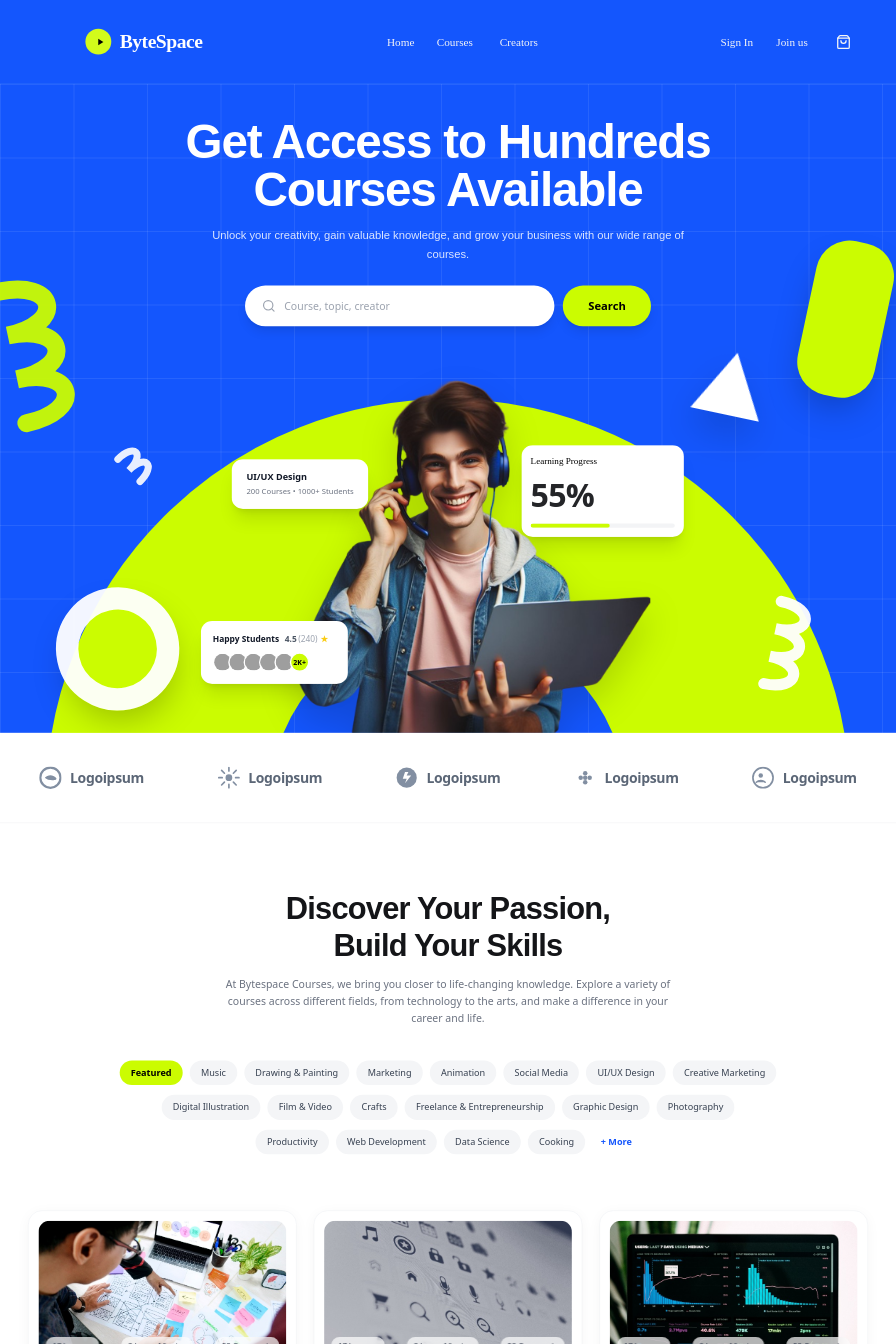
Repository: mdkawsarjomadder/bytespace
Page: /
These files come from the project's save history. The page is drawn as it stood at one moment and after the next save; the edit follows.
The browser window is 1280 px wide. The pictures show the part of the page from y = 0 to 1920 px (the page is 6380 px tall), at 70% of full size.
Pictures or frames that could not be fetched are drawn as grey boxes. Some web fonts or font styles are not loaded; a fallback is used. The project was rebuilt for these pictures with package versions that can differ from the ones it lists, and the page was loaded fresh each time. Also part of the build but not shown: vite.config.js, src/auth/Register.jsx, src/auth/Login.jsx, src/pages/SearchPage.jsx, src/pages/CourseDetails.jsx, src/pages/CourseLessons.jsx, src/pages/CourseReviews.jsx, src/pages/CreatorProfile.jsx and 1 more.

Above is the page before, as saved 2026-09-30 14:42:53.

### index.html
<!doctype html>
<html lang="en">
  <head>
    <meta charset="UTF-8" />
    <link rel="icon" type="image/svg+xml" href="/favicon.svg" />
    <meta name="viewport" content="width=device-width, initial-scale=1.0" />
    <title>bytespace</title>
  </head>
  <body>
    <div id="root"></div>
    <script type="module" src="/src/main.jsx"></script>
    <link href="https://api.fontshare.com/v2/css?f[]=satoshi@400,500,700&display=swap" rel="stylesheet">
  </body>
</html>

### src/App.jsx
import React from 'react';
import { BrowserRouter, Routes, Route } from 'react-router-dom';

// Landing Page Components
import Navbar from './components/Navbar';
import Hero from './components/Hero';
import CategoryPills from './components/CategoryPills';
import CourseGrid from './components/CourseGrid';
import LearningPaths from './components/LearningPaths';
import GrowthStats from './components/GrowthStats';
import CreatorCTA from './components/CreatorCTA';
import UnlockCreatorBanner from './components/UnlockCreatorBanner';
import Testimonials from './components/Testimonials';
import Footer from './components/Footer';

// Auth Page
import Register from './auth/Register';
import Login from './auth/Login';

// Pages path
import SearchPage from './pages/SearchPage';
import CourseDetails from './pages/CourseDetails';
import CourseLessons from './pages/CourseLessons';
import CourseReviews from './pages/CourseReviews';
import CreatorProfile from './pages/CreatorProfile';

// Errors path
import NotFound from './Errors/NotFound';

// Full Landing Page Wrapper
const HomePage = () => (
  <div className="min-h-screen bg-white font-sans overflow-x-hidden selection:bg-[#CBFC01] selection:text-black">
    <Navbar />
    <Hero />
    <CategoryPills />
    <CourseGrid />
    <LearningPaths />
    <GrowthStats />
    <CreatorCTA />
    <UnlockCreatorBanner />
    <Testimonials />
    <Footer />
  </div>
);

function App() {
  return (
    <BrowserRouter>
      <Routes>
        {/* Main Landing Page Route */}
        <Route path="/" element={<HomePage />} />

        {/* Courses & Search Routes */}
        <Route path="/search" element={<SearchPage />} />
        <Route path="/courses" element={<CourseDetails />} />
        <Route path="/course-details" element={<CourseDetails />} />
        <Route path="/lessons" element={<CourseLessons />} />
        <Route path="/reviews" element={<CourseReviews />} />

        {/* Creator Routes (দুটিই হ্যান্ডেল করা হলো যাতে /creators বা /creator যেকোনোটি লিখলেই কাজ করে) */}
        <Route path="/creators" element={<CreatorProfile />} />
        <Route path="/creator" element={<CreatorProfile />} />
        <Route path="/creator-profile" element={<CreatorProfile />} />

        {/* Auth Routes */}
        <Route path="/register" element={<Register />} />
        <Route path="/login" element={<Login />} />

        {/* Errors / 404 Page (path="*" দিলে ভুল রুটেও ব্ল্যাঙ্ক পেজ আসবে না, 404 পেজ শো করবে) */}
        <Route path="/404" element={<NotFound />} />
        <Route path="*" element={<NotFound />} />
      </Routes>
    </BrowserRouter>
  );
}

export default App;

### src/components/Navbar.jsx
import React from 'react';
import { Link } from 'react-router-dom';
import { ShoppingBag } from 'lucide-react';

const Navbar = () => {
  return (
    <header className="w-full h-[120px] bg-[#1456fd] border-b border-blue-400/20 pl-[122px] pr-16 flex items-center justify-between relative z-50">
      {/* 1. Brand Logo (Figma Specs: 171px x 37px) */}
      <Link
        to="/"
        className="w-[171px] h-[37px] flex items-center gap-3 cursor-pointer select-none"
        style={{ opacity: 1 }}
      >
        {/* Play Icon Logo */}
        <div className="w-[37px] h-[37px] rounded-full bg-[#d2fb1b] flex items-center justify-center shrink-0">
          <svg
            className="w-4 h-4 text-black fill-current translate-x-0.5"
            viewBox="0 0 24 24"
          >
            <path d="M8 5v14l11-7z" />
          </svg>
        </div>
        {/* Logo Text */}
        <span className="text-[28px] font-bold tracking-tight text-white leading-none font-['Satoshi']">
          ByteSpace
        </span>
      </Link>

      {/* 2. Navigation Links */}
      <nav className="hidden md:flex items-center gap-8 font-['Satoshi']">
        <Link
          to="/"
          className="text-[#F5F5F6] text-[16px] leading-[160%] font-normal hover:text-[#d2fb1b] transition-colors"
        >
          Home
        </Link>
        <Link
          to="/courses"
          className="w-[58px] h-[26px] flex items-center text-[#F5F5F6] text-[16px] leading-[160%] font-normal hover:text-[#d2fb1b] transition-colors"
          style={{ opacity: 1 }}
        >
          Courses
        </Link>
        <Link
          to="/creators"
          className="text-[#F5F5F6] text-[16px] leading-[160%] font-normal hover:text-[#d2fb1b] transition-colors"
        >
          Creators
        </Link>
      </nav>

      {/* 3. Action Buttons & Cart */}
      <div className="flex items-center gap-6 font-['Satoshi']">
        <Link
          to="/login"
          className="w-[49px] h-[24px] flex items-center justify-center text-[#F5F5F6] text-[16px] leading-[24px] font-normal hover:text-white/80 transition-colors"
          style={{ opacity: 1 }}
        >
          Sign In
        </Link>
        <Link
          to="/register"
          className="h-[24px] px-2 flex items-center justify-center text-[#F5F5F6] text-[16px] leading-[24px] font-normal hover:text-white/80 transition-colors"
          style={{ opacity: 1 }}
        >
          Join us
        </Link>
        <button className="text-[#F5F5F6] hover:text-[#d2fb1b] transition-colors flex items-center justify-center ml-2 cursor-pointer">
          <ShoppingBag size={22} strokeWidth={2} />
        </button>
      </div>
    </header>
  );
};

export default Navbar;

### src/components/CategoryPills.jsx
import React, { useState } from 'react';

const CategoryPills = () => {
  const [activeCategory, setActiveCategory] = useState('Featured');

  // ফিগমার হুবহু ৩টি সারি
  const row1 = [
    'Featured',
    'Music',
    'Drawing & Painting',
    'Marketing',
    'Animation',
    'Social Media',
    'UI/UX Design',
    'Creative Marketing',
  ];

  const row2 = [
    'Digital Illustration',
    'Film & Video',
    'Crafts',
    'Freelance & Entrepreneurship',
    'Graphic Design',
    'Photography',
  ];

  const row3 = [
    'Productivity',
    'Web Development',
    'Data Science',
    'Cooking',
  ];

  return (
    <section className="w-full bg-white pt-24 pb-20 px-4 flex flex-col items-center text-center">
      <div className="w-full max-w-[1200px] mx-auto flex flex-col items-center">

        {/* Title */}
        <h2 className="text-3xl md:text-[44px] font-bold text-[#141518] tracking-tight leading-[1.2] font-['Satoshi',sans-serif]">
          Discover Your Passion, <br /> Build Your Skills
        </h2>

        {/* Subtitle */}
        <p className="mt-4 text-[15px] text-gray-500 max-w-[650px] leading-relaxed font-normal">
          At Bytespace Courses, we bring you closer to life-changing knowledge. Explore a variety of courses across different fields, from technology to the arts, and make a difference in your career and life.
        </p>

        {/* Category Filter Pills (Strict 3 Rows) */}
        <div className="mt-12 flex flex-col items-center gap-3.5 w-full">

          {/* Row 1: 8 Items (No wrap on large screens) */}
          <div className="flex flex-wrap lg:flex-nowrap justify-center items-center gap-2.5">
            {row1.map((item) => (
              <button
                key={item}
                onClick={() => setActiveCategory(item)}
                className={`px-4 py-2 rounded-full text-[13px] font-medium transition-all whitespace-nowrap cursor-pointer ${
                  activeCategory === item
                    ? 'bg-[#CBFC01] text-black font-semibold'
                    : 'bg-[#F4F5F7] text-gray-700 hover:bg-gray-200'
                }`}
              >
                {item}
              </button>
            ))}
          </div>

          {/* Row 2: 6 Items */}
          <div className="flex flex-wrap lg:flex-nowrap justify-center items-center gap-2.5">
            {row2.map((item) => (
              <button
                key={item}
                onClick={() => setActiveCategory(item)}
                className={`px-4 py-2 rounded-full text-[13px] font-medium transition-all whitespace-nowrap cursor-pointer ${
                  activeCategory === item
                    ? 'bg-[#CBFC01] text-black font-semibold'
                    : 'bg-[#F4F5F7] text-gray-700 hover:bg-gray-200'
                }`}
              >
                {item}
              </button>
            ))}
          </div>

          {/* Row 3: 4 Items + More Button */}
          <div className="flex flex-wrap justify-center items-center gap-2.5">
            {row3.map((item) => (
              <button
                key={item}
                onClick={() => setActiveCategory(item)}
                className={`px-4 py-2 rounded-full text-[13px] font-medium transition-all whitespace-nowrap cursor-pointer ${
                  activeCategory === item
                    ? 'bg-[#CBFC01] text-black font-semibold'
                    : 'bg-[#F4F5F7] text-gray-700 hover:bg-gray-200'
                }`}
              >
                {item}
              </button>
            ))}

            {/* + More Button */}
            <button className="px-3 py-2 text-[13px] font-semibold text-[#1456fd] hover:underline cursor-pointer flex items-center gap-1">
              + More
            </button>
          </div>

        </div>

      </div>
    </section>
  );
};

export default CategoryPills;

### src/components/LearningPaths.jsx
import React from 'react';
import { PenTool, Code, Laptop, Building2, Megaphone, Camera } from 'lucide-react';

const paths = [
  { id: 1, name: 'Design', icon: PenTool },
  { id: 2, name: 'Development', icon: Code },
  { id: 3, name: 'IT & Software', icon: Laptop },
  { id: 4, name: 'Business', icon: Building2 },
  { id: 5, name: 'Marketing', icon: Megaphone },
  { id: 6, name: 'Photography', icon: Camera },
];

const LearningPaths = () => {
  return (
    <section className="w-full bg-white py-20 px-4 flex justify-center">
      <div className="w-full max-w-[1202px] flex flex-col items-center text-center">

        {/* Title */}
        <h2 className="text-3xl md:text-[44px] font-bold text-[#141518] tracking-tight leading-[1.2] font-['Satoshi',sans-serif]">
          Explore Diverse Learning Paths at Bytespace
        </h2>

        {/* Subtitle */}
        <p className="mt-4 text-sm md:text-[15px] text-gray-500 max-w-[760px] leading-relaxed font-normal">
          At Bytespace, we believe in empowering individuals through knowledge. Our diverse range of courses spans various fields, ensuring there's something for everyone. Unleash your potential and explore our carefully curated categories.
        </p>

        {/* Learning Path 6 Cards Row (Figma: 1202px x 167px) */}
        <div className="mt-14 w-full grid grid-cols-2 sm:grid-cols-3 lg:grid-cols-6 gap-4">
          {paths.map((item) => {
            const Icon = item.icon;
            return (
              <div
                key={item.id}
                className="h-[167px] bg-white rounded-[24px] border border-gray-200/90 hover:border-gray-300 shadow-[0_4px_20px_rgba(0,0,0,0.02)] hover:shadow-md transition-all duration-200 flex flex-col items-center justify-center gap-4 cursor-pointer group"
              >
                {/* Lime Circular Icon */}
                <div className="w-14 h-14 rounded-full bg-[#CBFC01] flex items-center justify-center transition-transform group-hover:scale-110">
                  <Icon className="w-6 h-6 text-black stroke-[2.2]" />
                </div>

                {/* Path Label */}
                <span className="text-[15px] font-bold text-gray-900 group-hover:text-[#1456fd] transition-colors">
                  {item.name}
                </span>
              </div>
            );
          })}
        </div>

      </div>
    </section>
  );
};

export default LearningPaths;

### src/components/UnlockCreatorBanner.jsx
import React from 'react';

const UnlockCreatorBanner = () => {
  return (
    <section className="relative w-full bg-[#1456fd] overflow-hidden py-24 px-4 text-white flex flex-col items-center justify-center">
      {/* 1. Background Grid Pattern */}
      <div className="absolute inset-0 bg-[linear-gradient(to_right,#ffffff15_1px,transparent_1px),linear-gradient(to_bottom,#ffffff15_1px,transparent_1px)] bg-[size:105px_105px] pointer-events-none" />

      {/* 2. Left 3D Elements */}
      {/* Top Left Lime Spring */}
      <div className="absolute -left-6 top-6 w-32 h-64 pointer-events-none hidden lg:block -rotate-12 opacity-95">
        <svg viewBox="0 0 120 240" fill="none" className="w-full h-full stroke-[#CBFC01]" strokeWidth="24" strokeLinecap="round">
          <path d="M 30 30 C 110 30, 110 90, 30 90 C 110 90, 110 150, 30 150 C 110 150, 110 210, 30 210" />
        </svg>
      </div>

      {/* Top Left White Zigzag */}
      <div className="absolute left-32 top-10 w-20 h-28 pointer-events-none hidden lg:block -rotate-12 opacity-95">
        <svg viewBox="0 0 100 160" fill="none" className="w-full h-full stroke-white" strokeWidth="20" strokeLinecap="round">
          <path d="M 20 20 C 80 20, 80 60, 20 60 C 80 60, 80 100, 20 100 C 80 100, 80 140, 20 140" />
        </svg>
      </div>

      {/* Bottom Left White Cone / Pyramid */}
      <div className="absolute left-8 bottom-12 w-24 h-24 pointer-events-none hidden lg:block rotate-12 drop-shadow-xl">
        <div className="w-0 h-0 border-l-[45px] border-l-transparent border-r-[45px] border-r-transparent border-b-[80px] border-b-white" />
      </div>

      {/* Bottom Left Lime Torus / Donut */}
      <div className="absolute left-28 -bottom-10 w-44 h-44 rounded-full border-[30px] border-[#CBFC01] shadow-2xl pointer-events-none hidden lg:block -rotate-12" />

      {/* 3. Right 3D Elements */}
      {/* Top Right Lime Pyramid */}
      <div className="absolute right-48 top-8 w-24 h-24 pointer-events-none hidden lg:block rotate-12 drop-shadow-xl">
        <div className="w-0 h-0 border-l-[45px] border-l-transparent border-r-[45px] border-r-transparent border-b-[80px] border-b-[#CBFC01]" />
      </div>

      {/* Top Right White Cylinder */}
      <div className="absolute right-12 top-10 w-28 h-56 bg-white/95 rounded-[44px] shadow-2xl pointer-events-none hidden lg:block rotate-12" />

      {/* Bottom Right Lime Spring */}
      <div className="absolute right-20 -bottom-6 w-28 h-56 pointer-events-none hidden lg:block rotate-12 opacity-95">
        <svg viewBox="0 0 120 240" fill="none" className="w-full h-full stroke-[#CBFC01]" strokeWidth="24" strokeLinecap="round">
          <path d="M 30 30 C 110 30, 110 90, 30 90 C 110 90, 110 150, 30 150 C 110 150, 110 210, 30 210" />
        </svg>
      </div>

      {/* 4. Center Content Area (Figma: 710 x 106 Hug title area) */}
      <div className="relative z-10 w-full max-w-[760px] mx-auto text-center flex flex-col items-center">

        {/* Title */}
        <h2 className="text-3xl sm:text-4xl md:text-[50px] font-bold text-white tracking-tight leading-[1.12] font-['Satoshi',sans-serif] max-w-[710px]">
          Unlock Your Potential as a <br /> Creator with ByteSpace
        </h2>

        {/* Subtitle / Paragraph */}
        <p className="mt-5 text-sm md:text-[14px] text-white/80 leading-relaxed font-normal max-w-[700px]">
          Experience the collaboration of numerous creators and an expanding selection of courses. Register now and become a part of a community comprising over 10,000 local and international creators. Utilize our Course Editor, and showcase your expertise by publishing your finest course on the ByteSpace Course Library.
        </p>

        {/* Action Button */}
        <button className="mt-8 bg-[#CBFC01] hover:bg-[#b8e500] text-black font-semibold text-[15px] px-8 py-3.5 rounded-full shadow-lg transition-transform active:scale-95 cursor-pointer">
          Join as Creator
        </button>

      </div>
    </section>
  );
};

export default UnlockCreatorBanner;

Loaded but not shown: src/main.jsx (common file); src/index.css (common file); tailwind.config.js (common file); src/components/Hero.jsx (220 lines, source omitted); src/components/GrowthStats.jsx (195 lines, source omitted); src/components/CreatorCTA.jsx (135 lines, source omitted); src/components/CourseGrid.jsx (171 lines, source omitted); src/components/Footer.jsx (132 lines, source omitted); src/components/Testimonials.jsx (114 lines, source omitted)

After the next save:
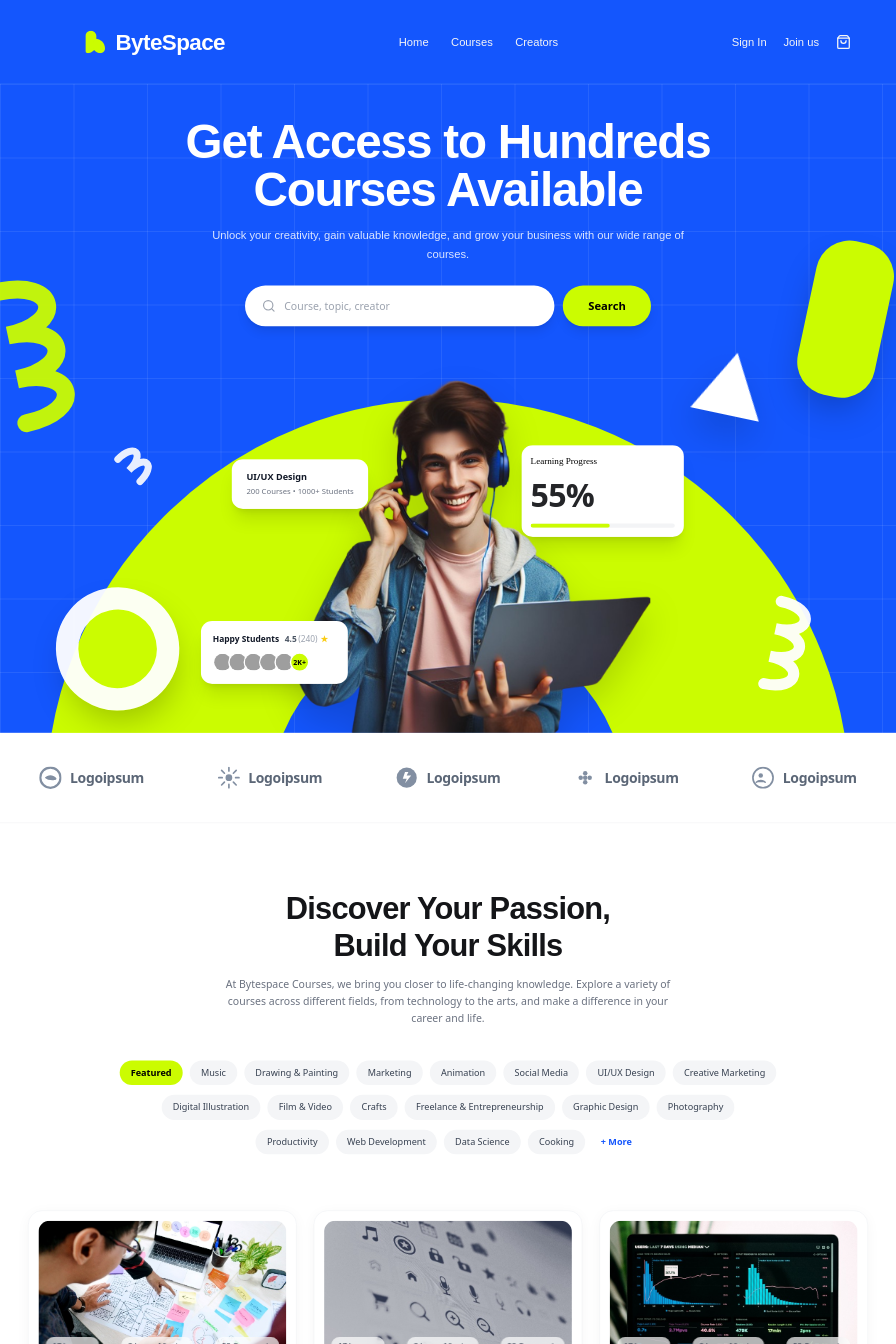
Saved 80 min 24 s later.
--- a/src/components/Navbar.jsx
+++ b/src/components/Navbar.jsx
@@ -4,71 +4,84 @@ import { ShoppingBag } from 'lucide-react';
 
 const Navbar = () => {
   return (
-    <header className="w-full h-[120px] bg-[#1456fd] border-b border-blue-400/20 pl-[122px] pr-16 flex items-center justify-between relative z-50">
-      {/* 1. Brand Logo (Figma Specs: 171px x 37px) */}
+    <header className="w-full h-[120px] bg-[#1456fd] border-b border-blue-400/20 pl-8 lg:pl-[122px] pr-8 lg:pr-16 flex items-center justify-between relative z-50">
+
+      {/* 1. Brand Logo (Figma Specs: 28.88px x 31.5px Vector Icon + ByteSpace Text) */}
       <Link
         to="/"
-        className="w-[171px] h-[37px] flex items-center gap-3 cursor-pointer select-none"
-        style={{ opacity: 1 }}
+        className="flex items-center gap-3.5 cursor-pointer select-none group"
       >
-        {/* Play Icon Logo */}
-        <div className="w-[37px] h-[37px] rounded-full bg-[#d2fb1b] flex items-center justify-center shrink-0">
+        {/* Custom 'b' Logo Vector */}
+        <div className="w-[29px] h-[32px] shrink-0">
           <svg
-            className="w-4 h-4 text-black fill-current translate-x-0.5"
-            viewBox="0 0 24 24"
+            viewBox="0 0 29 32"
+            fill="none"
+            xmlns="http://www.w3.org/2000/svg"
+            className="w-full h-full"
           >
-            <path d="M8 5v14l11-7z" />
+            {/* Left Stem Leaf Shape */}
+            <path
+              d="M0 7.8C0 3.5 3.5 0 7.8 0C12.1 0 15.6 3.5 15.6 7.8V19.2C15.6 26.2 9.9 31.9 2.9 31.9C1.3 31.9 0 30.6 0 29V7.8Z"
+              fill="#CBFC01"
+            />
+            {/* Right Bowl Petal Shape */}
+            <path
+              d="M14.2 11.5C21.8 11.5 28 17.7 28 25.3C28 28.9 25.1 31.9 21.4 31.9C15.2 31.9 10.2 26.9 10.2 20.7C10.2 15.6 14.2 11.5 14.2 11.5Z"
+              fill="#CBFC01"
+            />
           </svg>
         </div>
+
         {/* Logo Text */}
-        <span className="text-[28px] font-bold tracking-tight text-white leading-none font-['Satoshi']">
+        <span className="text-[28px] md:text-[32px] font-black tracking-tight text-white leading-none font-['Satoshi',sans-serif]">
           ByteSpace
         </span>
       </Link>
 
       {/* 2. Navigation Links */}
-      <nav className="hidden md:flex items-center gap-8 font-['Satoshi']">
+      <nav className="hidden md:flex items-center gap-8 font-['Satoshi',sans-serif]">
         <Link
           to="/"
-          className="text-[#F5F5F6] text-[16px] leading-[160%] font-normal hover:text-[#d2fb1b] transition-colors"
+          className="text-[#F5F5F6] text-[16px] leading-[160%] font-medium hover:text-[#CBFC01] transition-colors"
         >
           Home
         </Link>
         <Link
           to="/courses"
-          className="w-[58px] h-[26px] flex items-center text-[#F5F5F6] text-[16px] leading-[160%] font-normal hover:text-[#d2fb1b] transition-colors"
-          style={{ opacity: 1 }}
+          className="text-[#F5F5F6] text-[16px] leading-[160%] font-medium hover:text-[#CBFC01] transition-colors"
         >
           Courses
         </Link>
         <Link
           to="/creators"
-          className="text-[#F5F5F6] text-[16px] leading-[160%] font-normal hover:text-[#d2fb1b] transition-colors"
+          className="text-[#F5F5F6] text-[16px] leading-[160%] font-medium hover:text-[#CBFC01] transition-colors"
         >
           Creators
         </Link>
       </nav>
 
       {/* 3. Action Buttons & Cart */}
-      <div className="flex items-center gap-6 font-['Satoshi']">
+      <div className="flex items-center gap-6 font-['Satoshi',sans-serif]">
         <Link
           to="/login"
-          className="w-[49px] h-[24px] flex items-center justify-center text-[#F5F5F6] text-[16px] leading-[24px] font-normal hover:text-white/80 transition-colors"
-          style={{ opacity: 1 }}
+          className="text-[#F5F5F6] text-[16px] leading-[24px] font-medium hover:text-white/80 transition-colors"
         >
           Sign In
         </Link>
         <Link
           to="/register"
-          className="h-[24px] px-2 flex items-center justify-center text-[#F5F5F6] text-[16px] leading-[24px] font-normal hover:text-white/80 transition-colors"
-          style={{ opacity: 1 }}
+          className="text-[#F5F5F6] text-[16px] leading-[24px] font-medium hover:text-white/80 transition-colors"
         >
           Join us
         </Link>
-        <button className="text-[#F5F5F6] hover:text-[#d2fb1b] transition-colors flex items-center justify-center ml-2 cursor-pointer">
+        <button
+          type="button"
+          className="text-[#F5F5F6] hover:text-[#CBFC01] transition-colors flex items-center justify-center cursor-pointer"
+        >
           <ShoppingBag size={22} strokeWidth={2} />
         </button>
       </div>
+
     </header>
   );
 };
